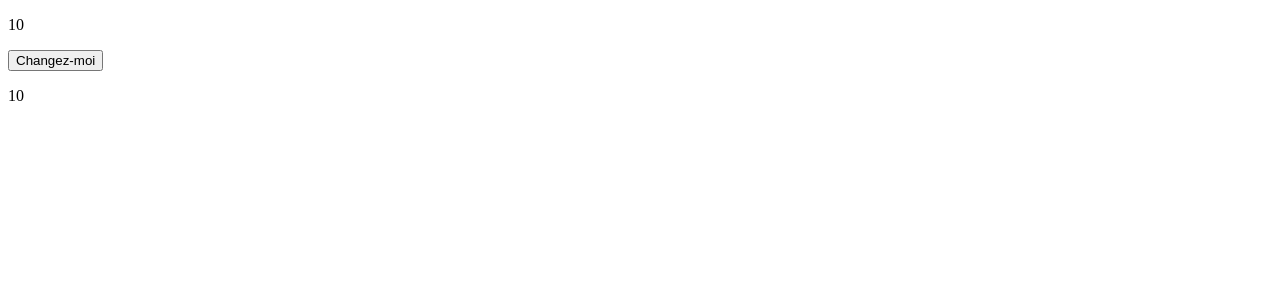
Repository: Symfomany/reacthoc
Page: /
The author's editor kept a copy of each file at every save. The page is drawn from the files as they stood at one save, then again after a run of saves.
The browser window is 1280 px wide. The pictures show the whole page.
The project was rebuilt for these pictures with package versions that can differ from the ones it lists, and the page was loaded fresh each time. Also part of the build but not shown: src/facc/Card.js, src/components/Home.js.

Above is the page before, as saved 2018-06-06 07:30:27.

After the next 4 saves:
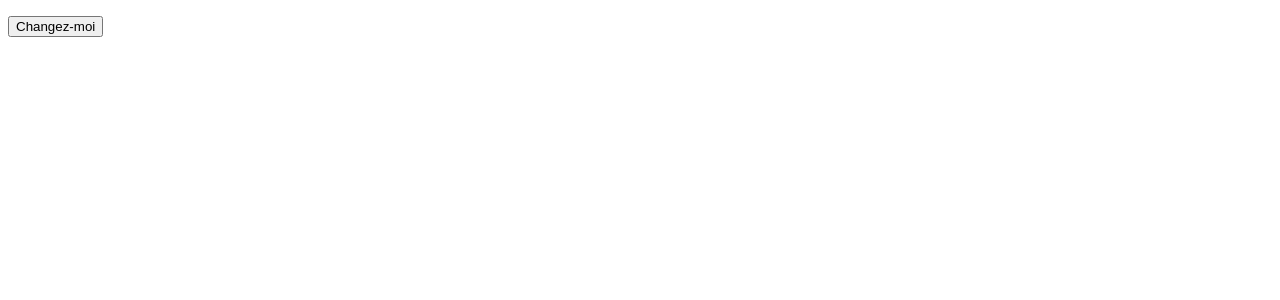
The 4 saves are shown as one change because 3 did not build or start.
The last was saved 2 min 44 s later.
--- a/src/components/Display.js
+++ b/src/components/Display.js
@@ -10,9 +10,9 @@ class Display extends Component {
   render() {
     return (
       <div>
-        <p>{this.props.store.data.nbDisplay}</p>
-        {this.props.store.data.nbDisplay > 15 && (
-          <p>Je suis au dessus {this.props.store.data.nbDisplay}</p>
+        <p>{this.props.nbDisplay}</p>
+        {this.props.nbDisplay > 15 && (
+          <p>Je suis au dessus {this.props.nbDisplay}</p>
         )}
       </div>
     );
--- a/src/components/Title.js
+++ b/src/components/Title.js
@@ -13,7 +13,7 @@ class Title extends Component {
   render() {
     return (
       <div>
-        <p>{this.props.store.data.nbDisplay}</p>
+        <p>{this.props.nbDisplay}</p>
         <button onClick={this.props.changer}>Changez-moi</button>
       </div>
     );
--- a/src/hoc/withStore.js
+++ b/src/hoc/withStore.js
@@ -8,21 +8,19 @@
   return class extends Component {
     constructor(props) {
       super(props);
-      this.state = {
-        store: Store
-      };
+      this.state = { nbDisplay: Store.data.nbDisplay };
 
       this.changer = this.changer.bind(this);
     }
 
     changer() {
       Store.data.nbDisplay = Store.data.nbDisplay + 1;
-      this.setState({ store: Store });
+      this.setState({ nbDisplay: Store.data.nbDisplay });
     }
 
     render() {
       return (
-        <ComponentToWrap changer={this.changer} store={this.state.store} />
+        <ComponentToWrap changer={this.changer} store={this.state.nbDisplay} />
       );
     }
   };

After the save that followed:
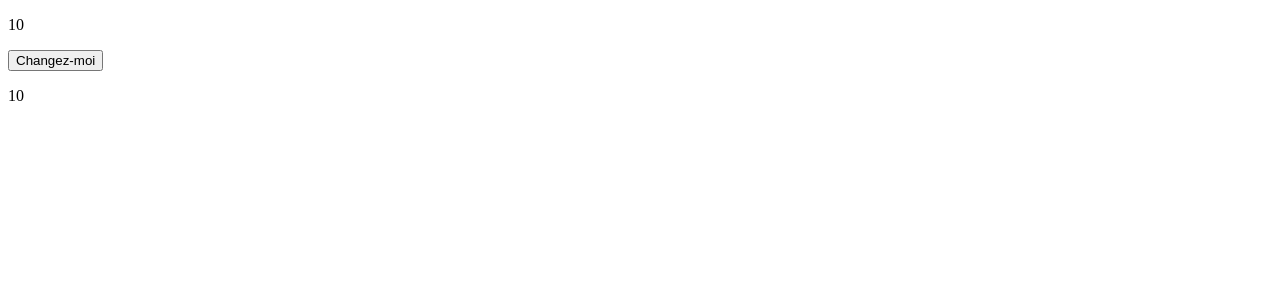
Saved 11 s later.
--- a/src/hoc/withStore.js
+++ b/src/hoc/withStore.js
@@ -20,7 +20,10 @@
 
     render() {
       return (
-        <ComponentToWrap changer={this.changer} store={this.state.nbDisplay} />
+        <ComponentToWrap
+          changer={this.changer}
+          nbDisplay={this.state.nbDisplay}
+        />
       );
     }
   };
